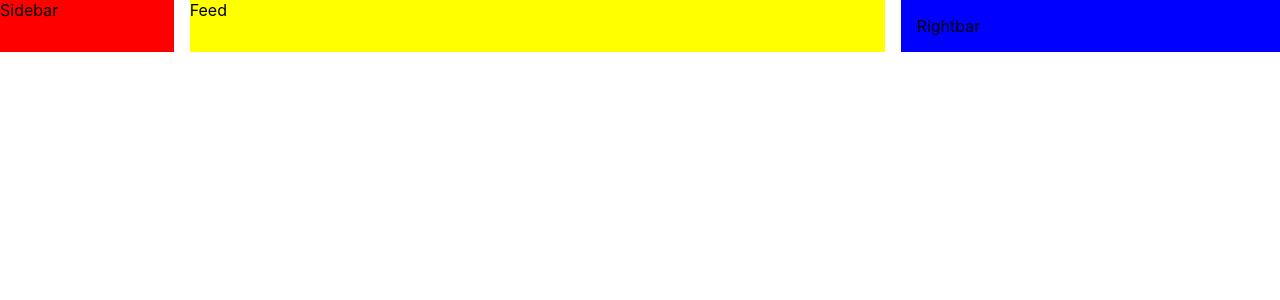
Repository: abubaker-cs/mui5_dashboard
Page: /
These files come from the project's save history. The page is drawn as it stood at one moment and after the next save; the edit follows.
The browser window is 1280 px wide. The pictures show the whole page.
The project was rebuilt for these pictures with package versions that can differ from the ones it lists, and the page was loaded fresh each time. Also part of the build but not shown: src/App.css.

Above is the page before, as saved 2022-07-17 05:27:43.

### public/index.html
<!DOCTYPE html>
<html lang="en">
  <head>
    <meta charset="utf-8" />
    <link rel="icon" href="%PUBLIC_URL%/favicon.ico" />
    <meta name="viewport" content="width=device-width, initial-scale=1" />
    <meta name="theme-color" content="#000000" />
    <meta
      name="description"
      content="Web site created using create-react-app"
    />
    <link rel="apple-touch-icon" href="%PUBLIC_URL%/logo192.png" />

    <link rel="manifest" href="%PUBLIC_URL%/manifest.json" />
    <link
      rel="stylesheet"
      href="https://fonts.googleapis.com/css?family=Roboto:300,400,500,700&display=swap"
    />
    <link
      rel="stylesheet"
      href="https://fonts.googleapis.com/icon?family=Material+Icons"
    />

    <title>React App</title>
  </head>
  <body>
    <noscript>You need to enable JavaScript to run this app.</noscript>
    <div id="root"></div>
  </body>
</html>

### src/App.js
import "./App.css";
import Sidebar from "./components/Sidebar";
import Feed from "./components/Feed";
import Rightbar from "./components/Rightbar";
import { Box, Container, Stack } from "@mui/material";

function App() {
  return (
    <Box>
      {/* navbar */}

      <Stack direction="row" spacing={2} justifyContent="space-evenly">
        <Sidebar />
        <Feed />
        <Rightbar />
      </Stack>
    </Box>
  );
}

export default App;

### src/components/Sidebar.jsx
import { Box } from "@mui/material";
import React from "react";

const Sidebar = () => {
  return (
    <Box bgcolor="red" flex={1}>
      Sidebar
    </Box>
  );
};

export default Sidebar;

### src/components/Feed.jsx
import { Box } from "@mui/material";
import React from "react";

const Feed = () => {
  return (
    <Box bgcolor="yellow" flex={4}>
      Feed
    </Box>
  );
};

export default Feed;

### src/components/Rightbar.jsx
import { Box } from "@mui/material";
import React from "react";

const Rightbar = () => {
  return (
    <Box bgcolor="blue" flex={2} p={2}>
      Rightbar
    </Box>
  );
};

export default Rightbar;

Loaded but not shown: src/index.js (common file); src/index.css (common file)

After the next save:
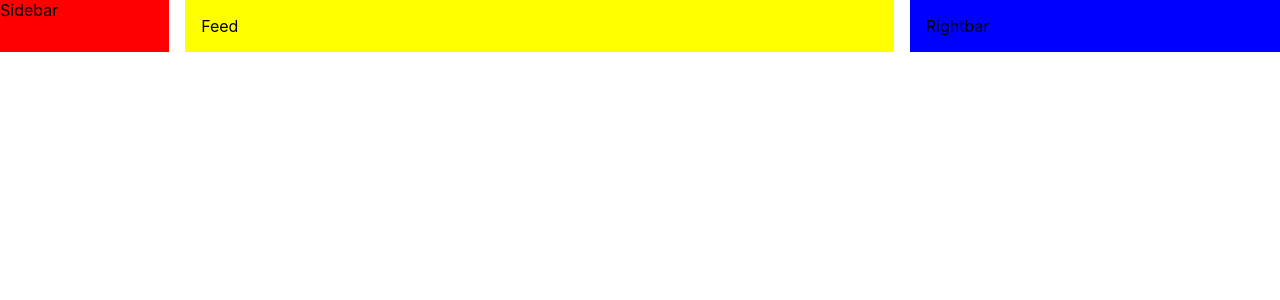
Saved 11 s later.
--- a/src/components/Feed.jsx
+++ b/src/components/Feed.jsx
@@ -3,7 +3,7 @@
 
 const Feed = () => {
   return (
-    <Box bgcolor="yellow" flex={4}>
+    <Box bgcolor="yellow" flex={4} p={2}>
       Feed
     </Box>
   );
